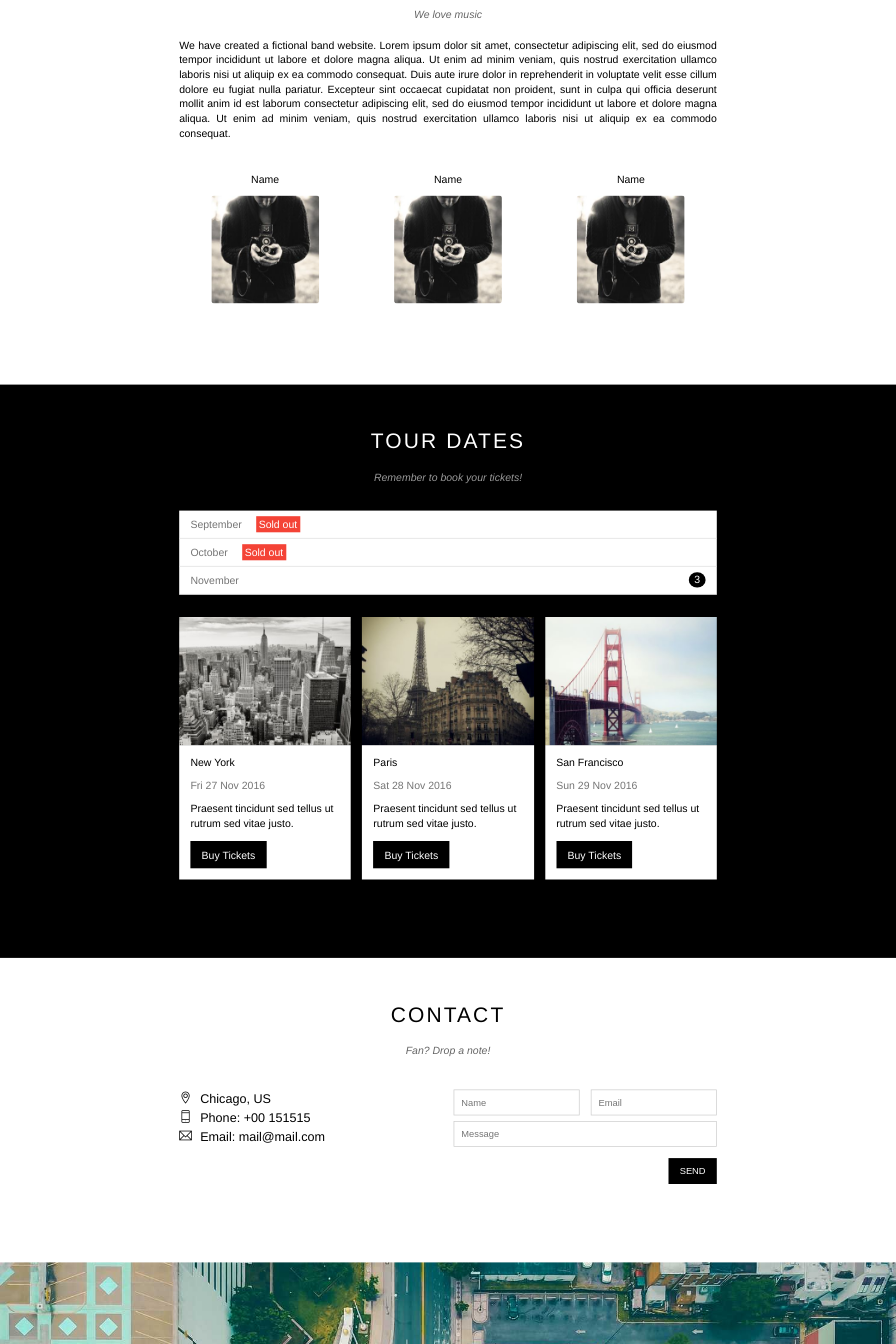
Repository: qhoa25623/The-Band
Page: index.html
These files come from the project's save history. The page is drawn as it stood at one moment and after the next save; the edit follows.
The browser window is 1280 px wide. The pictures show the part of the page from y = 799 to 2719 px (the page is 3516 px tall before and 3532 px after), at 70% of full size.

Above is the page before, as saved 2022-05-06 23:40:55.

After the next save:
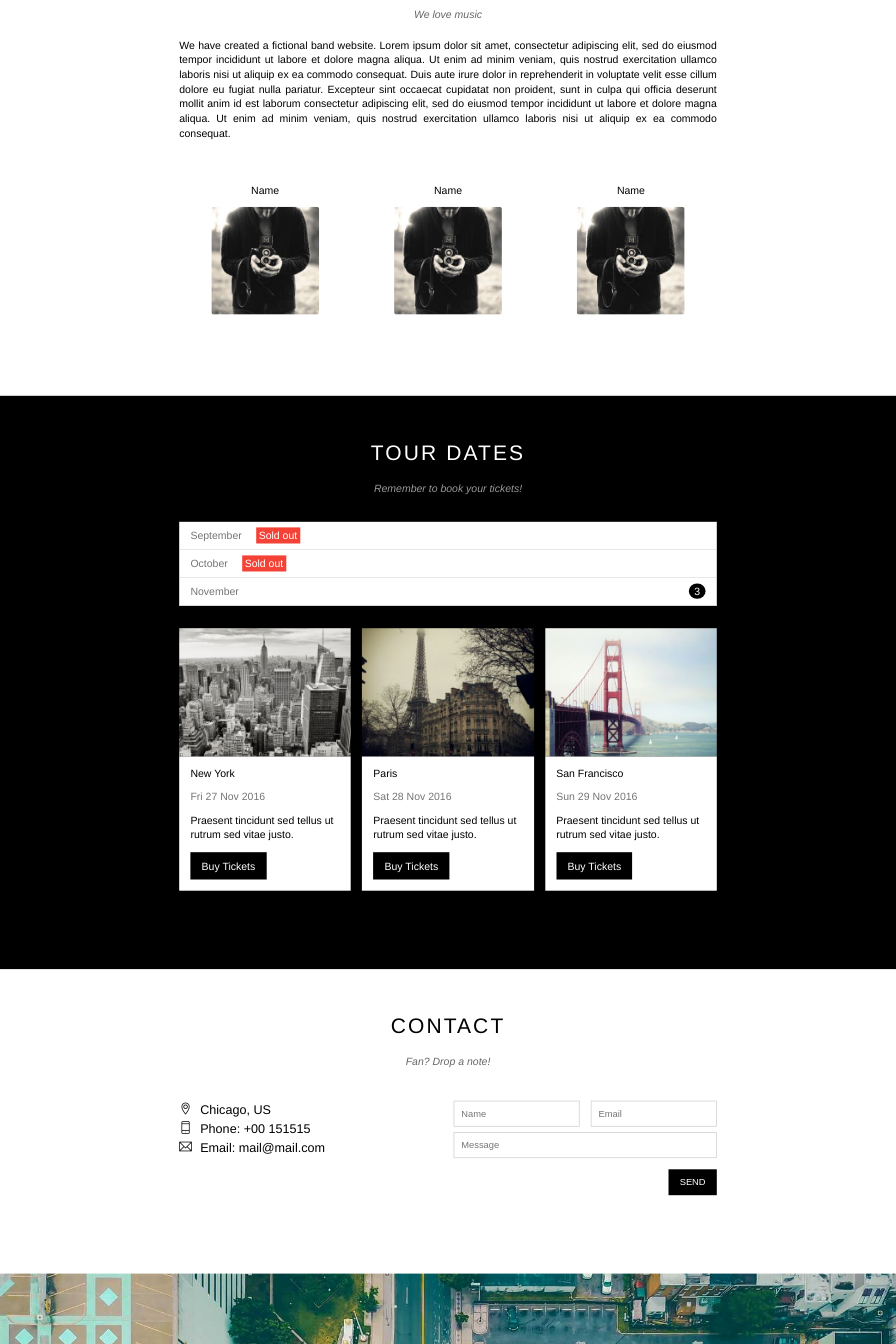
Saved 16 s later.
--- a/index.html
+++ b/index.html
@@ -67,7 +67,7 @@
             ea commodo consequat.
           </p>
           <div class="row member-list">
-            <div class="col col-third text-center">
+            <div class="col col-third s-col-full mt-16 text-center">
               <p class="member-name">Name</p>
               <img
                 src="./assets/img/band/member1.jpg"
@@ -75,7 +75,7 @@
                 class="member-img"
               />
             </div>
-            <div class="col col-third text-center">
+            <div class="col col-third s-col-full mt-16 text-center">
               <p class="member-name">Name</p>
               <img
                 src="./assets/img/band/member1.jpg"
@@ -83,7 +83,7 @@
                 class="member-img"
               />
             </div>
-            <div class="col col-third text-center">
+            <div class="col col-third s-col-full mt-16 text-center">
               <p class="member-name">Name</p>
               <img
                 src="./assets/img/band/member1.jpg"

After the save that followed:
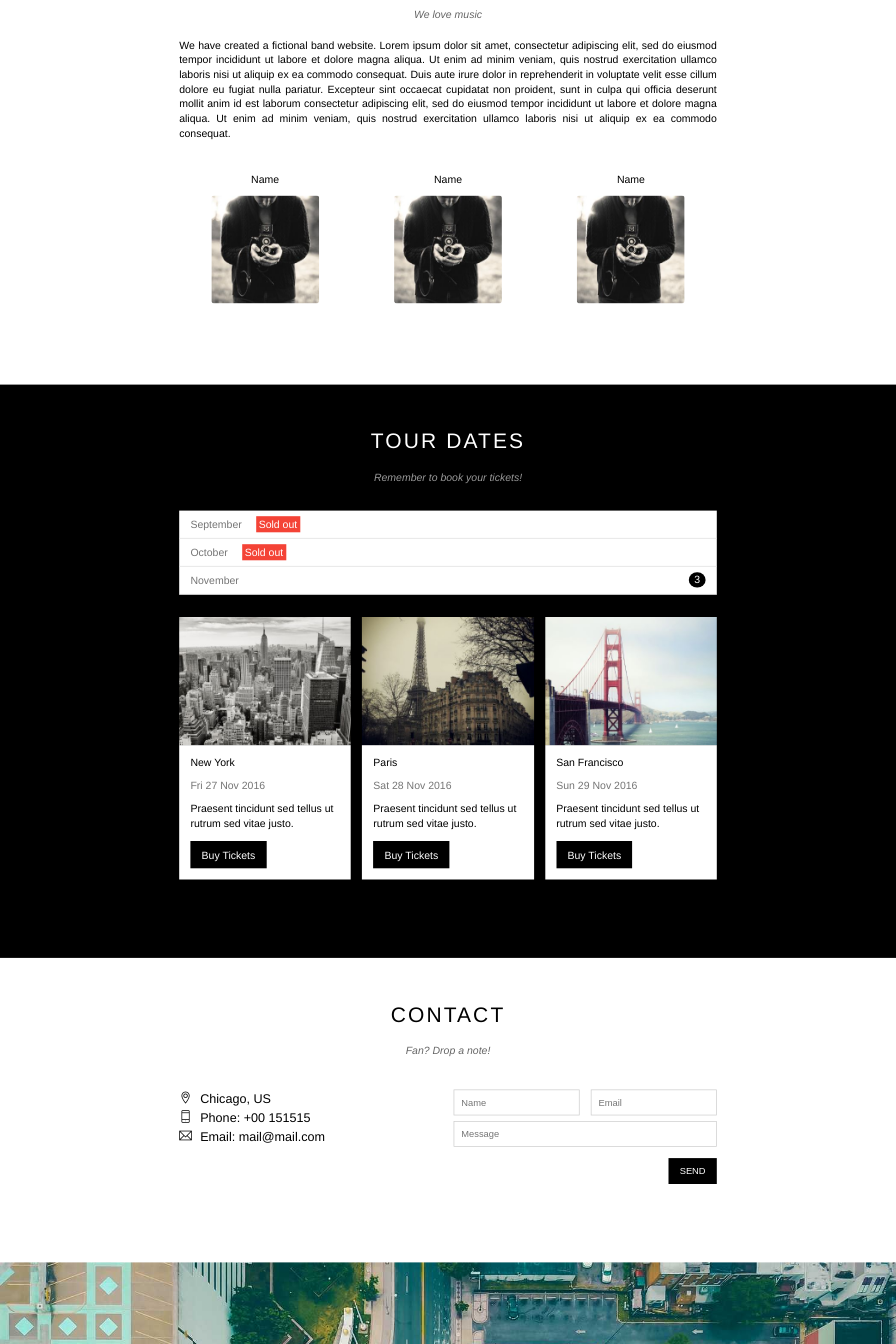
Saved 106 s later.
--- a/assets/css/styles.css
+++ b/assets/css/styles.css
@@ -203,7 +203,7 @@ html {
   line-height: 1.4;
 }
 #content .member-list {
-  margin-top: 47px;
+  margin-top: 31px;
 }
 #content .member-name {
   font-size: 15px;
